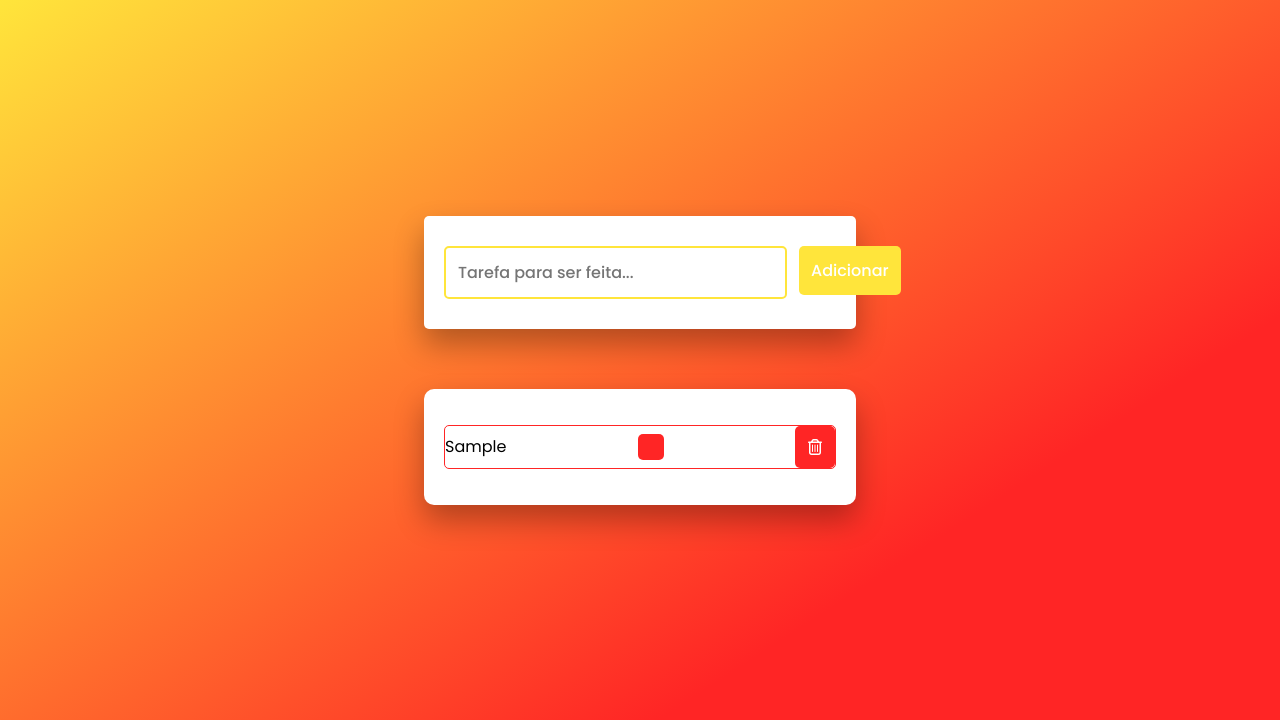
Repository: PetersonAntonyDev/python-flask-
Page: index.html
These files come from the project's save history. The page is drawn as it stood at one moment and after the next save; the edit follows.
The browser window is 1280 px wide. The pictures show the whole page.
Empty fields were first filled with sample values (such as "Sample", 5 or name@example.com).
After loading, the first visible `button.new-task-button` was clicked once.
Some icons come from a web library that is not loaded, so they are not drawn. Some web libraries are served in a nearby version.

Above is the page before, as saved 2022-07-26 14:12:47.

### index.html
<!DOCTYPE html>
<html lang="en">

<head>
    <meta charset="UTF-8" />
    <meta http-equiv="X-UA-Compatible" content="IE=edge" />
    <meta name="viewport" content="width=device-width, initial-scale=1.0" />
    <title>EM PROGRESSO - Lista de Tarefas</title>
    <link rel="preconnect" href="https://fonts.googleapis.com" />
    <link rel="preconnect" href="https://fonts.gstatic.com" crossorigin />
    <link href="https://fonts.googleapis.com/css2?family=Poppins:wght@400;500;700&display=swap" rel="stylesheet" />
    <link rel="stylesheet" href="/style.css" />
</head>

<body>
    <div class="container">
        <div class="new-task-container">
            <input type="text" class="new-task-input" placeholder="Tarefa para ser feita..." />

            <button class="new-task-button">Adicionar</button>
        </div>

        <div class="tasks-container"></div>
    </div>

    <script src="https://kit.fontawesome.com/f9e19193d6.js" crossorigin="anonymous"></script>
    <script src="/script.js"></script>
</body>

</html>

### style.css
* {
    margin: 0;
    padding: 0;
    box-sizing: border-box;
    font-family: "Poppins", sans-serif;
  }

  body {
    height: 100vh;
    background-color: #FFE53B;
    background-image: linear-gradient(147deg, #FFE53B 0%, #FF2525 74%);
    display: flex;
    align-items: center;
    justify-content: center;
  }

  .container {
    border-radius: 20px;
    padding: 30px 40px;
    width: 40%;
    min-width: 500px;
  }

  .new-task-container {
    background-color: #fff;
    padding: 30px 20px;
    border-radius: 5px;
    box-shadow: 0 15px 30px rgba(0, 0, 0, 0.3);
    display: flex;
  }

  .new-task-container input {
    flex: 3;
    font-size: 1rem;
    border: 2px solid #FFE53B;
    border-radius: 5px;
    padding: 12px;
    font-weight: 500;
    color: #FF2525;
  }

  .new-task-container input:focus {
    outline: none;
    border-color: #FFE53B;
  }

  .new-task-button {
    flex: 1;
    border-radius: 5px;
    font-weight: 500;
    height: 100%;
    font-size: 1rem;
    border: none;
    background-color: #FFE53B;
    color: #fff;
    padding: 12px;
    margin-left: 12px;
    cursor: pointer;
  }

  .new-task-button:hover {
    background-color: #FF2525;
    color: #fff;
    transition: all .5s;
  }

  .tasks-container {
    background-color: #fff;
    padding: 30px 20px;
    margin-top: 60px;
    border-radius: 10px;
    box-shadow: 0 15px 30px rgba(0, 0, 0, 0.3);
    width: 100%;

  }

  .task-item {
    display: flex;
    justify-content: space-between;
    align-items: center;
    margin-bottom: 6px;
    margin-top: 6px;
    border: #FF2525 1px solid;
    border-radius: 5px;
  }

  .task-item i {
    background-color: #FF2525;
    color: #fff;
    padding: 13px;
    border-radius: 5px;
    flex-wrap: wrap;
  }

  .task-item i:hover {
    cursor: pointer;
  }

  /* Utilities */
  .error {
    border: 2px solid red !important;
  }

  .error::placeholder {
    color: red;
  }

  .completed {
    text-decoration: line-through;
  }

### script.js
const inputElement = document.querySelector(".new-task-input");
const addTaskButton = document.querySelector(".new-task-button");

const tasksContainer = document.querySelector(".tasks-container");

const validateInput = () => inputElement.value.trim().length > 0;

const handleAddTask = () => {
    const inputIsValid = validateInput();

    console.log(inputIsValid);

    if (!inputIsValid) {
        return inputElement.classList.add("error");
    }

    const taskItemContainer = document.createElement("div");
    taskItemContainer.classList.add("task-item");

    const taskContent = document.createElement("p");
    taskContent.innerText = inputElement.value;

    taskContent.addEventListener("click", () => handleClick(taskContent));

    const deleteItem = document.createElement("i");
    deleteItem.classList.add("far");
    deleteItem.classList.add("fa-trash-alt");

    deleteItem.addEventListener("click", () =>
        handleDeleteClick(taskItemContainer, taskContent)
    );

    const RefreshItem = document.createElement("i");
    RefreshItem.classList.add("fa");
    RefreshItem.classList.add("fa-pen-solid");

    RefreshItem.addEventListener("click", () =>
        handleRefreshClick(taskItemContainer, taskContent)
    );

    taskItemContainer.appendChild(taskContent);
    taskItemContainer.appendChild(RefreshItem);
    taskItemContainer.appendChild(deleteItem);

    tasksContainer.appendChild(taskItemContainer);

    inputElement.value = "";

    updateLocalStorage();
};

const handleClick = (taskContent) => {
    const tasks = tasksContainer.childNodes;

    for (const task of tasks) {
        const currentTaskIsBeingClicked = task.firstChild.isSameNode(taskContent);

        if (currentTaskIsBeingClicked) {
            task.firstChild.classList.toggle("completed");
        }
    }

    updateLocalStorage();
};

const handleDeleteClick = (taskItemContainer, taskContent) => {
    const tasks = tasksContainer.childNodes;

    for (const task of tasks) {
        const currentTaskIsBeingClicked = task.firstChild.isSameNode(taskContent);

        if (currentTaskIsBeingClicked) {
            taskItemContainer.remove();
        }


    }

    updateLocalStorage();
};

const handleRefreshClick = (taskItemContainer, taskContent) => {
    const tasks = tasksContainer.childNodes;

    for (const task of tasks) {
        const currentTaskIsBeingClicked = task.firstChild.isSameNode(taskContent);

        if (currentTaskIsBeingClicked) {
            taskItemContainer.appendChild();
        }


    }

    updateLocalStorage();
};

const handleInputChange = () => {
    const inputIsValid = validateInput();

    if (inputIsValid) {
        return inputElement.classList.remove("error");
    }
};

const updateLocalStorage = () => {
    const tasks = tasksContainer.childNodes;

    const localStorageTasks = [...tasks].map((task) => {
        const content = task.firstChild;
        const isCompleted = content.classList.contains("completed");

        return { description: content.innerText, isCompleted };
    });

    localStorage.setItem("tasks", JSON.stringify(localStorageTasks));
};

const refreshTasksUsingLocalStorage = () => {
    const tasksFromLocalStorage = JSON.parse(localStorage.getItem("tasks"));

    if (!tasksFromLocalStorage) return;

    for (const task of tasksFromLocalStorage) {
        const taskItemContainer = document.createElement("div");
        taskItemContainer.classList.add("task-item");

        const taskContent = document.createElement("p");
        taskContent.innerText = task.description;

        if (task.isCompleted) {
            taskContent.classList.add("completed");
        }

        taskContent.addEventListener("click", () => handleClick(taskContent));

        const deleteItem = document.createElement("i");
        deleteItem.classList.add("far");
        deleteItem.classList.add("fa-trash-alt");

        deleteItem.addEventListener("click", () =>
            handleDeleteClick(taskItemContainer, taskContent)
        );

        taskItemContainer.appendChild(taskContent);
        taskItemContainer.appendChild(deleteItem);

        tasksContainer.appendChild(taskItemContainer);
    }
};

refreshTasksUsingLocalStorage();

addTaskButton.addEventListener("click", () => handleAddTask());

inputElement.addEventListener("change", () => handleInputChange());

After the next save:
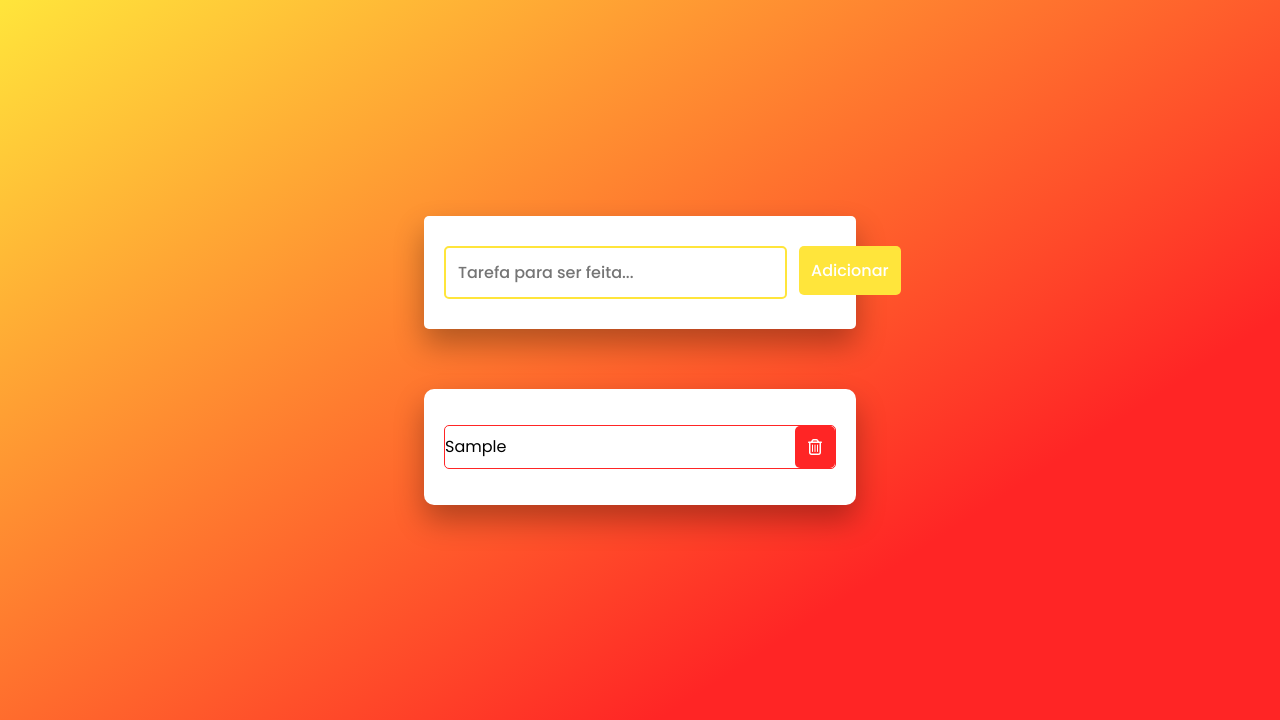
Saved 114 s later.
--- a/script.js
+++ b/script.js
@@ -30,16 +30,16 @@ const handleAddTask = () => {
         handleDeleteClick(taskItemContainer, taskContent)
     );
 
-    const RefreshItem = document.createElement("i");
+    /*const RefreshItem = document.createElement("i");
     RefreshItem.classList.add("fa");
     RefreshItem.classList.add("fa-pen-solid");
 
     RefreshItem.addEventListener("click", () =>
         handleRefreshClick(taskItemContainer, taskContent)
-    );
+    );*/
 
     taskItemContainer.appendChild(taskContent);
-    taskItemContainer.appendChild(RefreshItem);
+    //taskItemContainer.appendChild(RefreshItem);
     taskItemContainer.appendChild(deleteItem);
 
     tasksContainer.appendChild(taskItemContainer);
@@ -79,7 +79,7 @@ const handleDeleteClick = (taskItemContainer, taskContent) => {
     updateLocalStorage();
 };
 
-const handleRefreshClick = (taskItemContainer, taskContent) => {
+/*const handleRefreshClick = (taskItemContainer, taskContent) => {
     const tasks = tasksContainer.childNodes;
 
     for (const task of tasks) {
@@ -93,7 +93,7 @@ const handleRefreshClick = (taskItemContainer, taskContent) => {
     }
 
     updateLocalStorage();
-};
+};*/
 
 const handleInputChange = () => {
     const inputIsValid = validateInput();
